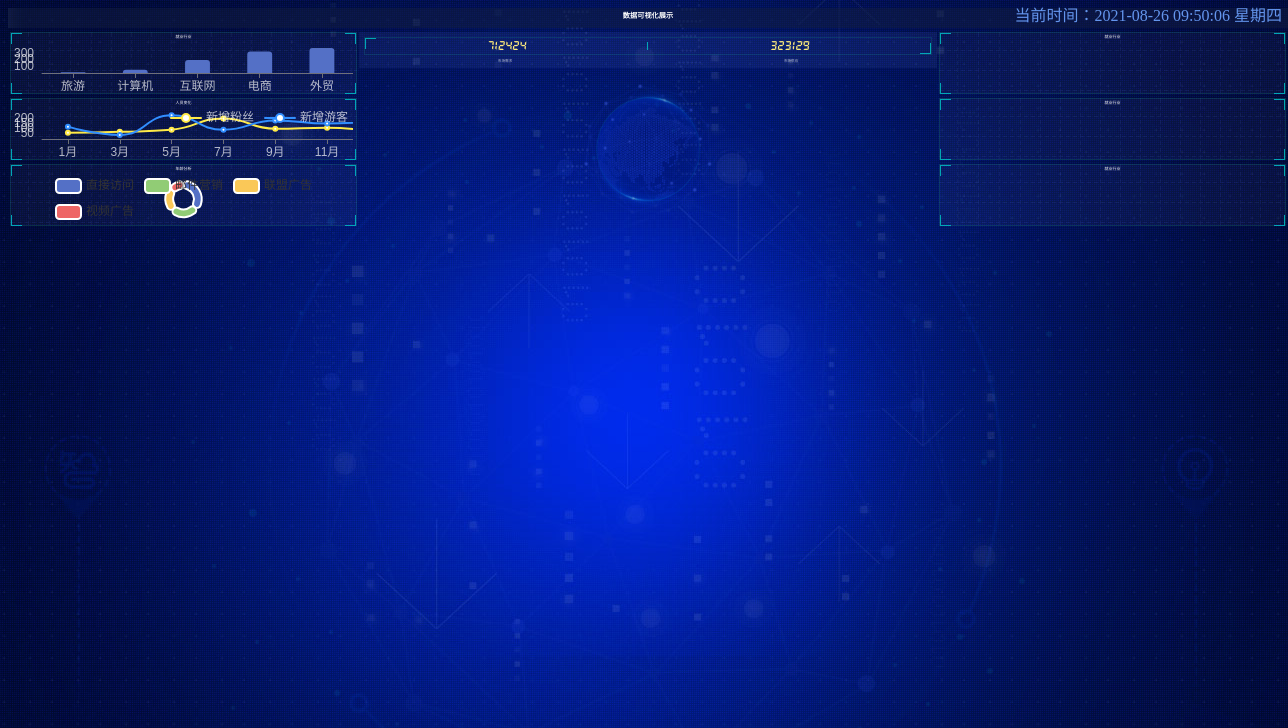
Repository: jiang-1990/DataVM
Page: /
The author's editor kept a copy of each file at every save. The page is drawn from the files as they stood at one save, then again after the next save.
The browser window is 1280 px wide. The page is 1288 px wide, so the pictures cover 1288 px, including what lies to the right of the window. The pictures show the whole page.
The project was rebuilt for these pictures with package versions that can differ from the ones it lists, and the page was loaded fresh each time.

Above is the page before, as saved 2021-08-27 15:11:16.

### index.html
<!DOCTYPE html>
<html>
  <head>
    <meta charset="utf-8">
    <meta name="viewport" content="width=device-width,initial-scale=1.0">
    <title>mydatam</title>
  </head>
  <body>
    <div id="app"></div>
    <!-- built files will be auto injected -->
  </body>
</html>

### src/main.js
// The Vue build version to load with the `import` command
// (runtime-only or standalone) has been set in webpack.base.conf with an alias.
import Vue from 'vue'
import App from './App'
import router from './router'
import 'lib-flexible/flexible.js'
//声明字体
import './font/font.css'

Vue.config.productionTip = false

/* eslint-disable no-new */
new Vue({
  el: '#app',
  router,
  components: { App },
  template: '<App/>'
})

### src/App.vue
<template>
  <div id="app">
    <router-view/>
  </div>
</template>

<script>
export default {
  name: 'App'
}
</script>

<style>
body{
  background-image: url('assets/bg.jpg') ;
  background-Repeat : 'no-repeat';
  background-Size : '100% 100%';
  background-position: center;/* 背景图随屏幕尺寸变化 背景图两边隐藏 图片不压缩 */
}
html,body {
  width: 100%;
  height: 100%;
}

</style>

### src/router/index.js
import Vue from 'vue'
import Router from 'vue-router'
import bigScreen from '@/components/bigScreen'

Vue.use(Router)

export default new Router({
  routes: [
    {
      path: '/',
      name: 'bigScreen',
      component: bigScreen
    }
  ]
})

### src/font/font.css
 /* 声明字体 */
@font-face {
    font-family: 'electronicFont';
    src: url(./DS-DIGIT.ttf);
}

### src/components/bigScreen.vue
<template>
  <div>
    <div class="top">
      <h1>数据可视化展示</h1>
      <span class="time">当前时间：{{ date | dateFormat }}</span>
    </div>
    <div class="mainBox">
      <div class="culonm">
        <div class="panl bar">
          <h2>就业行业</h2>
          <div class="chart" id="bar_l"></div>
          <div class="zhuanjiao"></div>
        </div>

        <div class="panl line">
          <h2>人员变化</h2>
          <div class="chart" id="line_l"></div>
          <div class="zhuanjiao"></div>
        </div>

        <div class="panl pie">
          <h2>年龄分析</h2>
          <div class="chart" id="pie_l"></div>
          <div class="zhuanjiao"></div>
        </div>
      </div>
      <div class="culonm">
        <div class="num">
          <div class="num-hd">
            <ul>
              <li>712424</li>
              <li>323129</li>
            </ul>
          </div>
          <div class="num-bd">
            <ul>
              <li>市场需求</li>
              <li>市场供应</li>
            </ul>
          </div>
        </div>
        <div class="map">
          <div class="map1"></div>
          <div class="map2"></div>
          <div class="map3"></div>
          <div class="chart"></div>
        </div>
      </div>
      <div class="culonm">
        <div class="panl bar">
          <h2>就业行业</h2>
          <div class="chart"></div>
          <div class="zhuanjiao"></div>
        </div>

        <div class="panl line">
          <h2>就业行业</h2>
          <div class="chart"></div>
          <div class="zhuanjiao"></div>
        </div>

        <div class="panl pie">
          <h2>就业行业</h2>
          <div class="chart"></div>
          <div class="zhuanjiao"></div>
        </div>
      </div>
    </div>
    <!-- <div id="myChart" style="width:1920px; height: 400px;"></div> -->
  </div>
</template>

<script>
// 引入echarts
var echarts = require("echarts");
export default {
  data() {
    return {
      date: new Date(), //当前日期
    };
  },
  // 定义一个局部的过滤器，格式化当前时间
  filters: {
    dateFormat: (dateTime) => {
      var now = new Date(dateTime);
      var y = now.getFullYear();
      var m = (now.getMonth() + 1).toString().padStart(2, "0");
      var d = now.getDate().toString().padStart(2, "0");
      var hh = now.getHours().toString().padStart(2, "0");
      var mm = now.getMinutes().toString().padStart(2, "0");
      var ss = now.getSeconds().toString().padStart(2, "0");
      let week = now.getDay(); // 星期
      let weekArr = [
        "星期日",
        "星期一",
        "星期二",
        "星期三",
        "星期四",
        "星期五",
        "星期六",
      ];
      // 过滤器中要有返回值
      return `${y}-${m}-${d} ${hh}:${mm}:${ss} ${weekArr[week]}`;
    },
  },
  mounted() {
    this.createchartPie_l();
    this.createchartLine_l();
    this.createchartBar_l();
    var _this = this;
    this.timer = setInterval(() => {
      _this.date = new Date(); // 修改日期数据
    }, 1000);
  },
  created() {},
  methods: {
    createchartPie_l() {
      const myChart = echarts.init(document.getElementById("pie_l"));
      const option = {
        tooltip: {
          trigger: "item",
        },
        legend: {
          top: "0",
          left: "center",
        },
        series: [
          {
            name: "访问来源",
            type: "pie",
            radius: ["40%", "70%"],
            avoidLabelOverlap: false,
            itemStyle: {
              borderRadius: 4,
              borderColor: "#fff",
              borderWidth: 2,
            },
            label: {
              show: false,
              position: "center",
            },
            emphasis: {
              label: {
                show: true,
                fontSize: "12",
              },
            },
            labelLine: {
              show: false,
            },
            data: [
              { value: 735, name: "直接访问" },
              { value: 580, name: "邮件营销" },
              { value: 484, name: "联盟广告" },
              { value: 300, name: "视频广告" },
            ],
          },
        ],
      };
      myChart.setOption(option);
    },
    createchartBar_l() {
      var myChart = echarts.init(document.getElementById("bar_l"));
      var option;
      option = {
        tooltip: {
          trigger: "axis",
          axisPointer: {
            // 坐标轴指示器，坐标轴触发有效
            type: "shadow", // 默认为直线，可选为：'line' | 'shadow'
          },
          backgroundColor: "rgba(0,21,49, 0.7)", //通过设置rgba调节背景颜色与透明度
          borderWidth: 0,
          textStyle: {
            color: "#fff",
          },
        },
        grid: {
          left: "0%",
          right: "0%",
          bottom: "0%",
          top: "12%",
          containLabel: true,
        },

        xAxis: [
          {
            type: "category",
            data: ["旅游", "计算机", "互联网", "电商", "外贸"],
            axisTick: {
              alignWithLabel: true,
            },
            splitLine: {
              show: false,
            },
            axisLabel: {
              color: "rgba(255,255,255, 0.7)",
            },
          },
        ],
        yAxis: [
          {
            type: "value",
            splitLine: {
              show: false,
            },
            axisLabel: {
              color: "rgba(255,255,255, 0.7)",
            },
          },
        ],
        series: [
          {
            name: "直接访问",
            type: "bar",
            barWidth: "40%",
            data: [10, 52, 200, 334, 390],
            itemStyle: {
              borderRadius: [3, 3, 0, 0],
            },
          },
        ],
      };
      myChart.setOption(option);
    },
    createchartLine_l() {
      var myChart = echarts.init(document.getElementById("line_l"));
      console.log(myChart);
      var option = {
        tooltip: {
          trigger: "axis",
          backgroundColor: "rgba(0,21,49, 0.7)", //通过设置rgba调节背景颜色与透明度
          borderWidth: 0,
          textStyle: {
            color: "#fff",
          },
        },
        legend: {
          data: ["新增粉丝", "新增游客"],
          right: 0,
          itemStyle: {
            borderWidth: 0,
          },
          itemWidth: 30,
          itemHeight: 10,
          lineStyle: {
            cap: "round",
          },

          textStyle: {
            color: "rgba(255,255,255, 0.7)",
            fontSize: "12",
          },
        },
        grid: {
          left: "0%",
          right: "0%",
          bottom: "0%",
          top: "12%",
          containLabel: true,
        },

        xAxis: [
          {
            type: "category",
            data: ["1月", "3月", "5月", "7月", "9月", "11月"],
            axisTick: {
              alignWithLabel: true,
            },
            splitLine: {
              show: false,
            },
            axisLabel: {
              color: "rgba(255,255,255, 0.7)",
            },
          },
        ],
        yAxis: [
          {
            type: "value",
            splitLine: {
              show: false,
            },
            axisLabel: {
              color: "rgba(255,255,255, 0.7)",
            },
          },
        ],
        series: [
          {
            name: "新增粉丝",
            type: "line",
            smooth: true,
            data: [60, 70, 90, 200, 100, 110, 60],
            itemStyle: {
              normal: {
                color: "#ffea48", //折线点的颜色
                lineStyle: {
                  color: "#ffea48", //折线的颜色
                },
              },
            },
          },
          {
            name: "新增游客",
            type: "line",
            smooth: true,
            data: [120, 40, 230, 90, 180, 150, 180],
            itemStyle: {
              normal: {
                color: "#318eff", //折线点的颜色
                lineStyle: {
                  color: "#318eff", //折线的颜色
                },
              },
            },
          },
        ],
      };
      myChart.setOption(option);
    },
  },
};
</script>

<style scoped>
@import "../css/bigScreen.css";
</style>

### src/css/bigScreen.css
* {
  margin: 0;
  padding: 0;
  box-sizing: border-box;
}
li {
  list-style-type: none;
}
.top {
  height: 1.25rem;
  background: url(../assets/head_bg.png) no-repeat;
  box-sizing: 100% 100%;
  position: relative;
}
.top h1 {
  font-size: 0.45rem;
  line-height: 1rem;
  color: #ffffff;
  text-align: center;
}
.top .time {
  line-height: 0.9375rem;
  position: absolute;
  right: 0.375rem;
  top: 0;
  color: cornflowerblue;
}
.mainBox {
  min-width: 1024px;
  max-width: 1920px;
  margin: 0 auto;
  display: flex;
  padding: 0.25rem 0.125rem 0;
}
.mainBox .culonm {
  flex: 3;
}
.mainBox .culonm:nth-child(2) {
  flex: 5;
  margin: 0 0.125rem 0.1875rem;
}
.mainBox .panl {
  position: relative;
  height: 3.875rem;
  border: 0.0125rem solid rgba(25, 186, 139, 0.17);
  background: url(../assets/line.png) rgba(255, 255, 255, 0.03);
  padding: 0 0.1875rem 0.25rem;
  margin-bottom: 0.25rem;
}
.mainBox .panl::before {
  position: absolute;
  top: 0;
  left: 0;
  width: 10px;
  height: 10px;
  border-left: 1px solid #02a6b5;
  border-top: 1px solid #02a6b5;
  content: "";
}
.mainBox .panl::after {
  position: absolute;
  top: 0;
  right: 0;
  width: 10px;
  height: 10px;
  border-right: 1px solid #02a6b5;
  border-top: 1px solid #02a6b5;
  content: "";
}
.mainBox .panl .zhuanjiao {
  width: 100%;
  height: 10px;
  position: absolute;
  bottom: 0px;
  left: 0;
}
.mainBox .panl .zhuanjiao::before {
  position: absolute;
  top: 0;
  left: 0;
  width: 10px;
  height: 10px;
  border-left: 1px solid #02a6b5;
  border-bottom: 1px solid #02a6b5;
  content: "";
}
.mainBox .panl .zhuanjiao::after {
  position: absolute;
  top: 0;
  right: 0;
  width: 10px;
  height: 10px;
  border-right: 1px solid #02a6b5;
  border-bottom: 1px solid #02a6b5;
  content: "";
}
.mainBox .panl h2 {
  font-size: 0.25rem;
  color: #ffffff;
  line-height: 0.5rem;
  text-align: center;
  height: 0.5rem;
  font-weight: 400;
}
.mainBox .panl .chart {
  height: 3.25rem;
}
.mainBox .num {
  background: rgba(101, 132, 226, 0.1);
  padding: 0.1875rem;
}
.mainBox .num .num-hd {
  position: relative;
  margin: 0.125rem;
  border: 1px solid rgba(25, 186, 139, 0.17);
}
.mainBox .num .num-hd::before {
  position: absolute;
  top: 0;
  left: 0;
  width: 10px;
  height: 10px;
  border-left: 1px solid #02a6b5;
  border-top: 1px solid #02a6b5;
  content: "";
}
.mainBox .num .num-hd::after {
  position: absolute;
  bottom: 0;
  right: 0;
  width: 10px;
  height: 10px;
  border-right: 1px solid #02a6b5;
  border-bottom: 1px solid #02a6b5;
  content: "";
}
.mainBox .num .num-hd ul {
  display: flex;
}
.mainBox .num .num-hd ul li {
  flex: 1;
  line-height: 1rem;
  font-size: 0.875rem;
  color: #ffeb7b;
  text-align: center;
  font-family: electronicFont;
}
.mainBox .num .num-hd ul li:nth-child(1) {
  position: relative;
}
.mainBox .num .num-hd ul li:nth-child(1)::after {
  position: absolute;
  top: 25%;
  right: 0;
  height: 50%;
  border-right: 1px solid #02a6b5;
  content: "";
}
.mainBox .num .num-bd {
  position: relative;
}
.mainBox .num .num-bd ul {
  display: flex;
}
.mainBox .num .num-bd ul li {
  flex: 1;
  line-height: 0.5rem;
  font-size: 0.225rem;
  color: rgba(255, 255, 255, 0.7);
  text-align: center;
}
.mainBox .map {
  height: 10.125rem;
  position: relative;
}
.mainBox .map .map1 {
  width: 6.475rem;
  height: 6.475rem;
  position: absolute;
  top: 50%;
  left: 50%;
  transform: translate(-50%, -50%);
  background: url(../assets/map.png);
  background-size: 100% 100%;
  opacity: 0.3;
}
.mainBox .map .map2 {
  width: 8.0375rem;
  height: 8.0375rem;
  position: absolute;
  top: 50%;
  left: 50%;
  transform: translate(-50%, -50%);
  background: url(../assets/lbx.png);
  background-size: 100% 100%;
  animation: rotatel1 20s linear infinite;
  opacity: 0.6;
}
@keyframes rotatel1 {
  from {
    transform: translate(-50%, -50%) rotate(0deg);
  }
  to {
    transform: translate(-50%, -50%) rotate(360deg);
  }
}
.mainBox .map .map3 {
  width: 7.075rem;
  height: 7.075rem;
  position: absolute;
  top: 50%;
  left: 50%;
  transform: translate(-50%, -50%);
  background: url(../assets/jt.png);
  background-size: 100% 100%;
  animation: rotatel2 15s linear infinite;
  opacity: 0.6;
}
@keyframes rotatel2 {
  from {
    transform: translate(-50%, -50%) rotate(0deg);
  }
  to {
    transform: translate(-50%, -50%) rotate(-360deg);
  }
}
.mainBox .map .chart {
  height: 10.125rem;
}

After the next save:
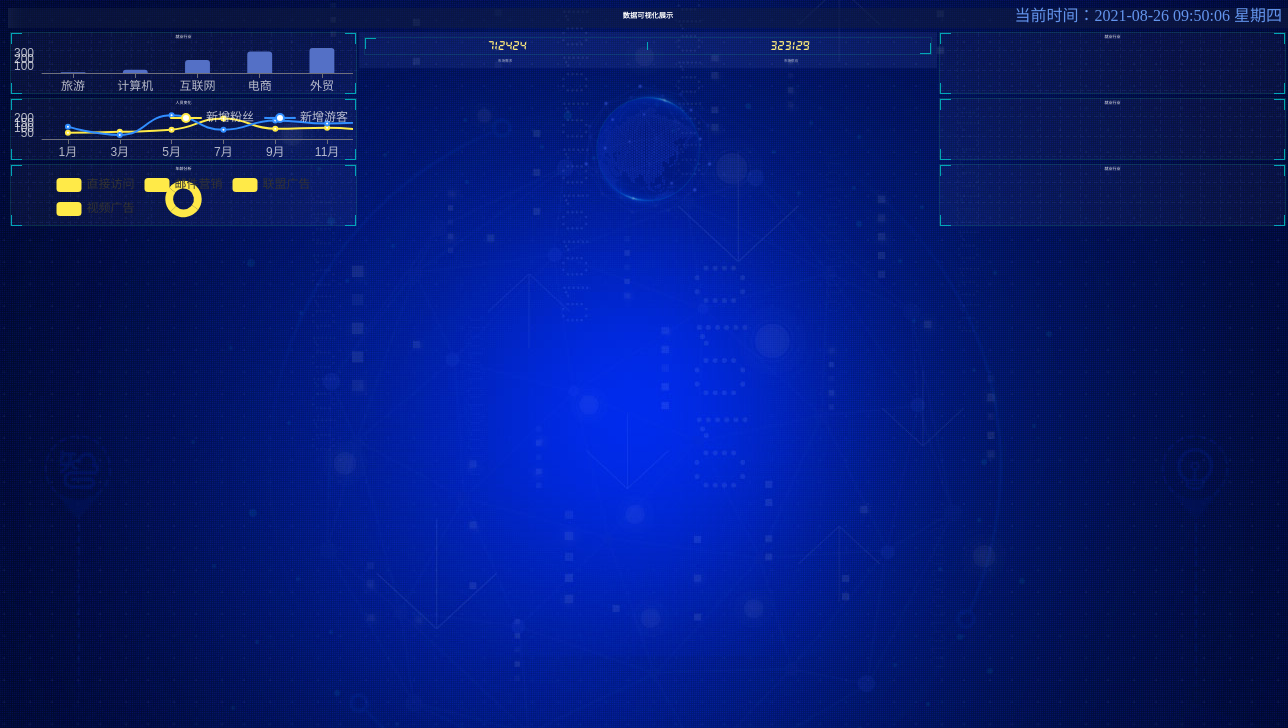
Saved 98 s later.
--- a/src/components/bigScreen.vue
+++ b/src/components/bigScreen.vue
@@ -131,9 +131,12 @@
             radius: ["40%", "70%"],
             avoidLabelOverlap: false,
             itemStyle: {
-              borderRadius: 4,
-              borderColor: "#fff",
-              borderWidth: 2,
+              normal: {
+                color: "#ffea48", //折线点的颜色
+                lineStyle: {
+                  color: "#ffea48", //折线的颜色
+                },
+              },
             },
             label: {
               show: false,

After the save that followed:
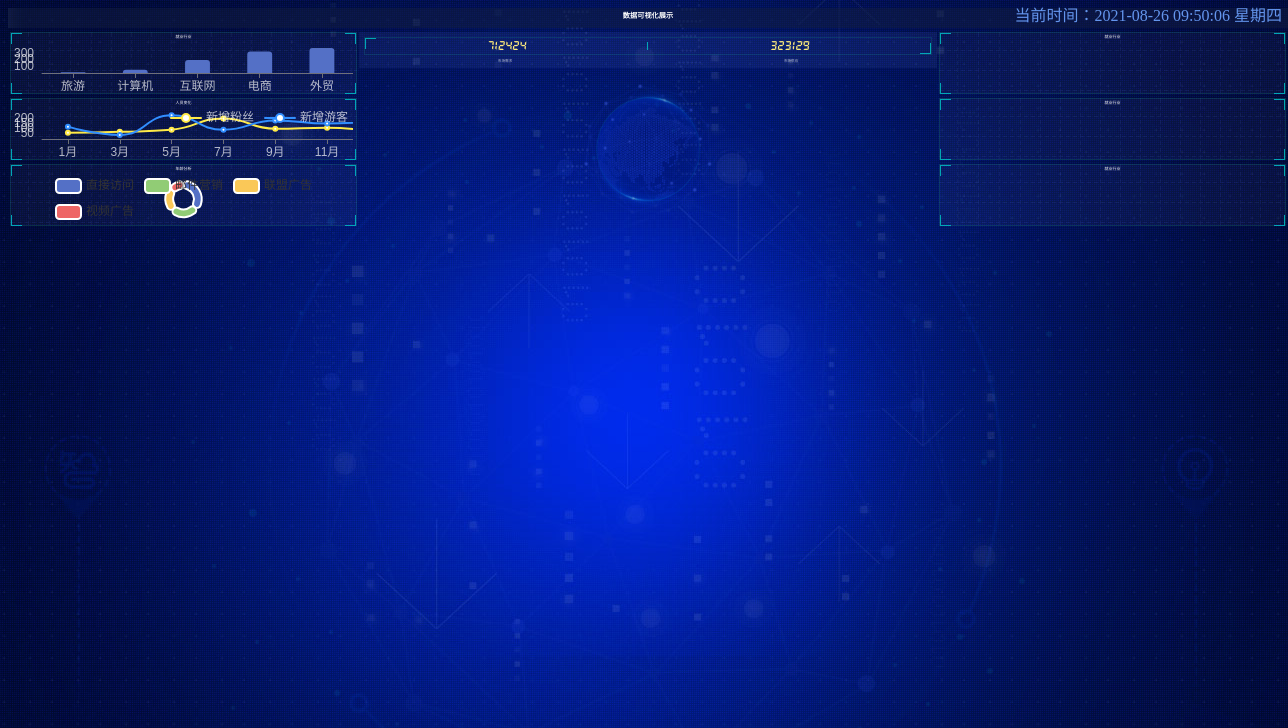
Saved 15 s later.
--- a/src/components/bigScreen.vue
+++ b/src/components/bigScreen.vue
@@ -131,12 +131,9 @@
             radius: ["40%", "70%"],
             avoidLabelOverlap: false,
             itemStyle: {
-              normal: {
-                color: "#ffea48", //折线点的颜色
-                lineStyle: {
-                  color: "#ffea48", //折线的颜色
-                },
-              },
+              borderRadius: 4,
+              borderColor: "#fff",
+              borderWidth: 2,
             },
             label: {
               show: false,
